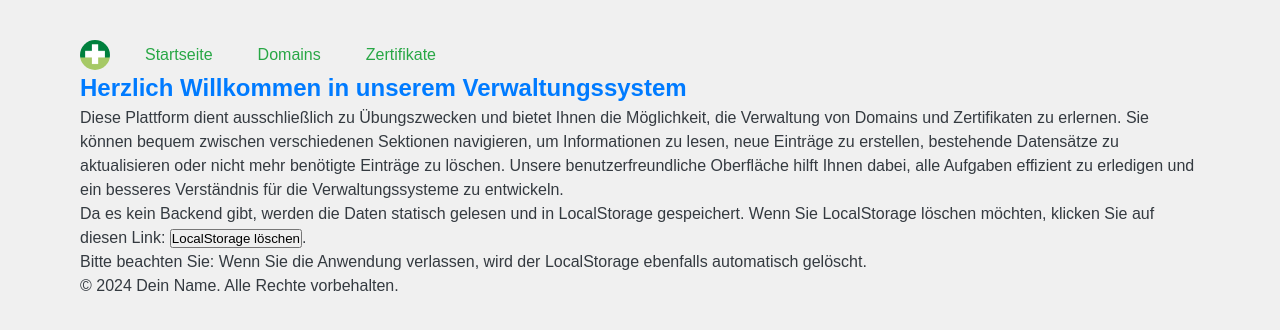
Repository: bajricadmir/verwaltungssystem-vanilla-html-css
Page: index.html
The author's editor kept a copy of each file at every save. The page is drawn from the files as they stood at one save, then again after the next save.
The browser window is 1280 px wide. The pictures show the whole page.

Above is the page before, as saved 2024-10-14 11:07:59.

### index.html
<!DOCTYPE html>
<html lang="en">
  <head>
    <meta charset="UTF-8" />
    <meta name="viewport" content="width=device-width, initial-scale=1.0" />
    <link
      rel="shortcut icon"
      href="./assets/images/favicon.ico"
      type="image/x-icon"
    />
    <link rel="stylesheet" href="style.css" />
    <title>Verwaltungssystem</title>
  </head>
  <body>
    <header class="header">
      <nav class="navigation">
        <img src="./assets/images/favicon.ico" alt="Logo" class="logo" />

        <ul class="nav-list">
          <li class="nav-item">
            <a class="nav-link" href="#home">Startseite</a>
          </li>
          <li class="nav-item">
            <a class="nav-link" href="#about">Domains</a>
          </li>
          <li class="nav-item">
            <a class="nav-link" href="#contact">Zertifikate</a>
          </li>
        </ul>
      </nav>
    </header>

    <main>
      <section>
        <h1 class="alert-heading">
          Herzlich Willkommen in unserem Verwaltungssystem
        </h1>
        <p>
          Diese Plattform dient ausschließlich zu Übungszwecken und bietet Ihnen
          die Möglichkeit, die Verwaltung von Domains und Zertifikaten zu
          erlernen. Sie können bequem zwischen verschiedenen Sektionen
          navigieren, um Informationen zu lesen, neue Einträge zu erstellen,
          bestehende Datensätze zu aktualisieren oder nicht mehr benötigte
          Einträge zu löschen. Unsere benutzerfreundliche Oberfläche hilft Ihnen
          dabei, alle Aufgaben effizient zu erledigen und ein besseres
          Verständnis für die Verwaltungssysteme zu entwickeln.
        </p>
      </section>
      <section>
        <p>
          Da es kein Backend gibt, werden die Daten statisch gelesen und in
          LocalStorage gespeichert. Wenn Sie LocalStorage löschen möchten,
          klicken Sie auf diesen Link:
          <button type="button" class="btn">LocalStorage löschen</button>.<br />
          Bitte beachten Sie: Wenn Sie die Anwendung verlassen, wird der
          LocalStorage ebenfalls automatisch gelöscht.
        </p>
      </section>
    </main>

    <footer>
      <p>&copy; 2024 Dein Name. Alle Rechte vorbehalten.</p>
    </footer>
  </body>
</html>

### style.css
:root {
  --primary-color: #007bff;
  --secondary-color: #6c757d;
  --success-color: #28a745;
  --success-color-hover: #218838;
  --danger-color: #dc3545;
  --warning-color: #ffc107;
  --info-color: #17a2b8;
  --light-color: #f8f9fa;
  --dark-color: #343a40;

  --font-size-base: 16px;
  --font-family-base: "Arial", sans-serif;
  --background-color: #f0f0f0;
}

* {
  margin: 0;
  padding: 0;
  box-sizing: border-box;
}

html,
body {
  height: 100%;
  font-family: var(--font-family-base);
  line-height: 1.5;
}

body {
  padding: 40px 80px;
  background-color: var(--background-color);
  color: var(--dark-color);
}

ul {
  list-style: none;
}

a {
  text-decoration: none;
  color: inherit;
}

button {
  cursor: pointer;
}

table {
  border-collapse: collapse;
  width: 100%;
}

h1,
h2,
h3,
h4,
h5,
h6 {
  color: var(--primary-color);
}

.navigation {
  display: flex;
  align-items: center;
}

.logo {
  width: 30px;
  height: 30px;
  border-radius: 50%;
  margin-right: 20px;
}

.nav-list {
  display: flex;
  align-items: center;
}

.nav-item {
  margin-right: 15px;
}

.nav-item:last-child {
  margin-right: 0;
}

.nav-item a {
  color: var(--success-color);
  transition: color 0.3s ease;
  padding: 10px 15px;
  border-radius: 5px;
}

.nav-item a:hover {
  color: var(--success-color-hover);
  background-color: rgba(40, 167, 69, 0.1);
}

After the next save:
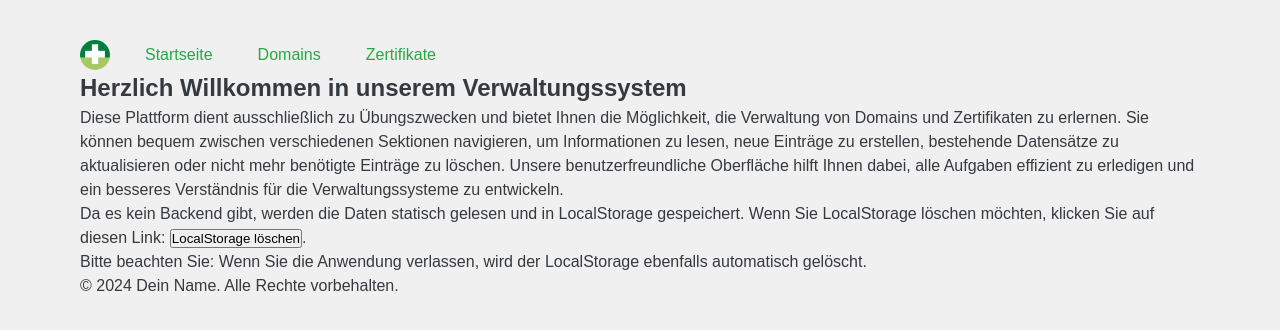
Saved 24 s later.
--- a/style.css
+++ b/style.css
@@ -51,15 +51,6 @@ table {
   width: 100%;
 }
 
-h1,
-h2,
-h3,
-h4,
-h5,
-h6 {
-  color: var(--primary-color);
-}
-
 .navigation {
   display: flex;
   align-items: center;
